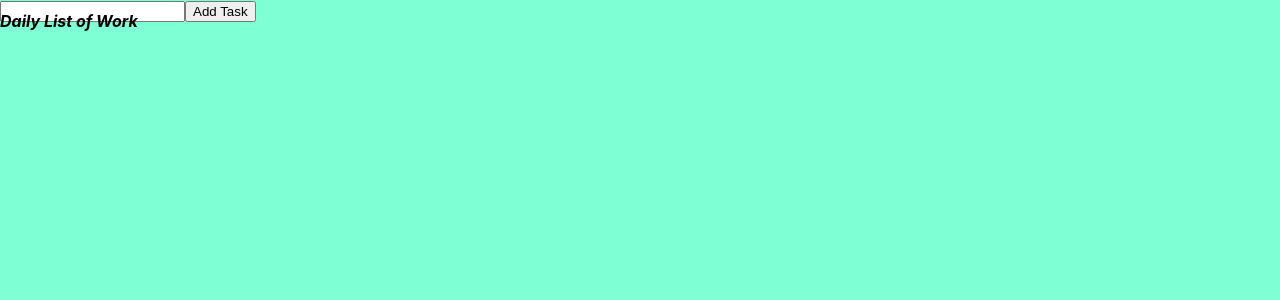
Repository: iamjayenmthakuri/todolist
Page: /
An editor plug-in stored every save of this project. The page is shown before and after the next save, followed by the edit.
The browser window is 1280 px wide. The pictures show the whole page.
The project was rebuilt for these pictures with package versions that can differ from the ones it lists, and the page was loaded fresh each time.

Above is the page before, as saved 2022-09-19 10:08:50.

### src/App.js
import React from 'react';
import { useState } from 'react';
import "./App.css";

function App() {
  const [todoList, setTodoList] = useState([]);
  const [newTask, setNewTask] = useState("");

  const handleOnChange = (event) => {
    setNewTask(event.target.value)
  };

  const addTask = () => {
    const task = {
      id: todoList.length === 0 ? 1 : todoList[todoList.length - 1].id + 1,
      taskName: newTask,
    }
    setTodoList([...todoList, task]);
  };

  const deleteTask = (id) => {
    setTodoList(todoList.filter((task) => task.id !== id));
  };
  return (
    <div>
      <div><h1 className='title'>Daily List of Work</h1></div>

      <input onChange={handleOnChange} />
      <button onClick={addTask}>Add Task</button>
      {todoList.map((task) => {
        return (
          <div>
            <h1>{task.taskName}</h1>
            <button onClick={() => deleteTask(task.id)}>X</button>
          </div>
        );
      })}
    </div>
  );
}

export default App;

### src/App.css
body{
  background-color: aquamarine;
}
.title{
  font-size: medium;
  font-weight: bold;
  font-style: italic;
  position: absolute;
  background-position: center;

}

Loaded but not shown: public/index.html (common file); src/index.js (common file); src/index.css (common file); src/reportWebVitals.js (common file)

After the next save:
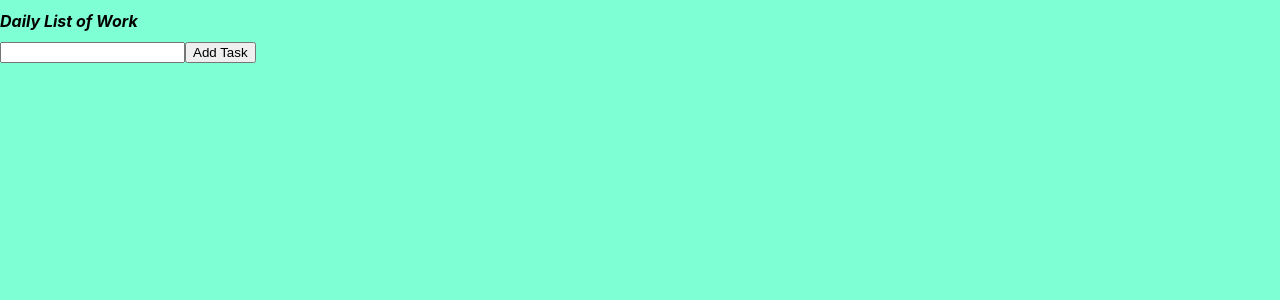
Saved 12 s later.
--- a/src/App.css
+++ b/src/App.css
@@ -5,7 +5,6 @@ body{
   font-size: medium;
   font-weight: bold;
   font-style: italic;
-  position: absolute;
   background-position: center;
 
 }
